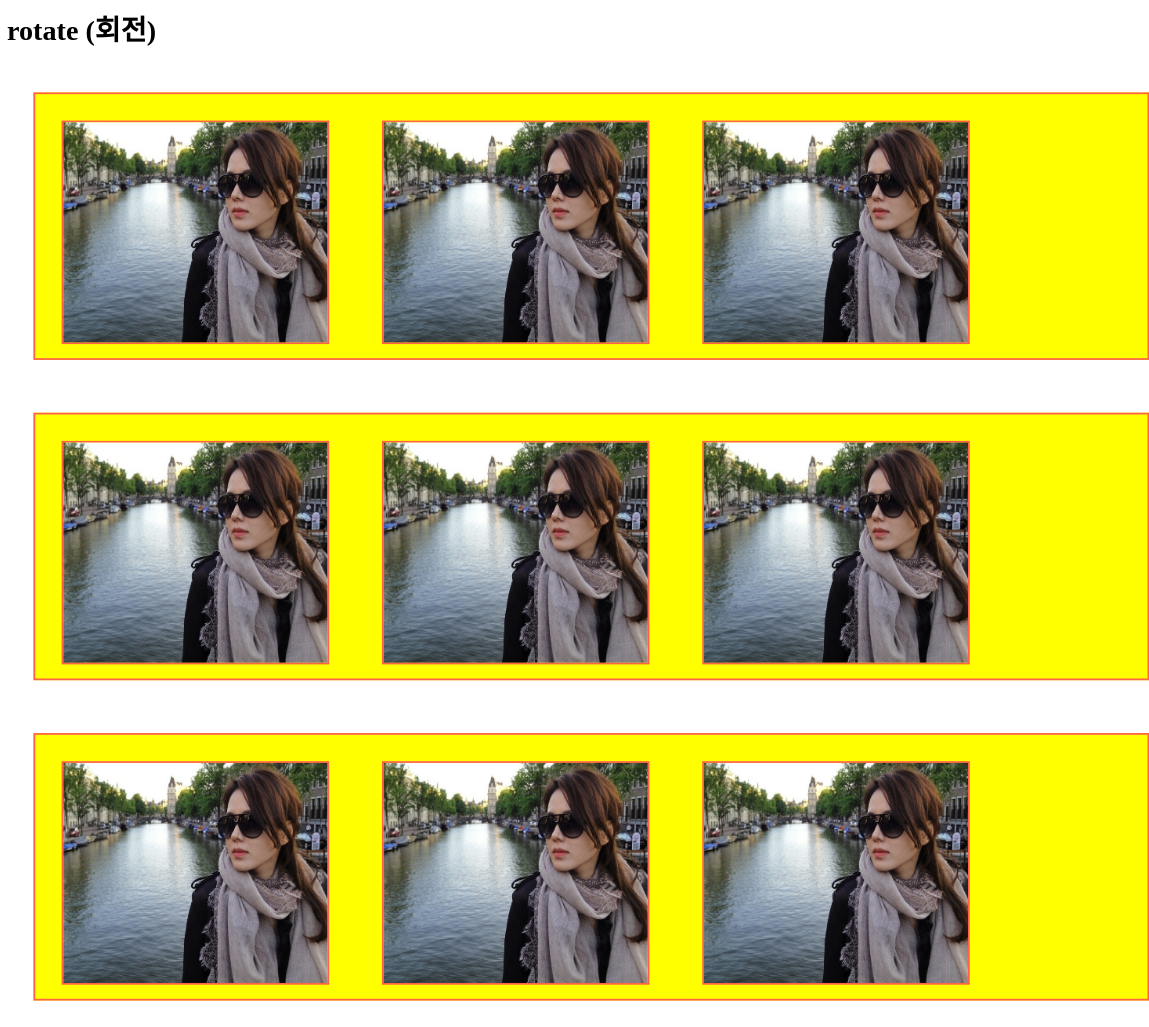
Repository: hojohe/bit-java
Page: 07_css/WebContent/14_transform/03_rotate.htm
These files come from the project's save history. The page is drawn as it stood at one moment and after a run of saves; the edit follows.
The browser window is 1280 px wide. The page is 1306 px wide, so the pictures cover 1306 px, including what lies to the right of the window. The pictures show the whole page, at 88% of full size.

Above is the page before, as saved 2017-01-25 01:44:11.

After the next 2 saves:
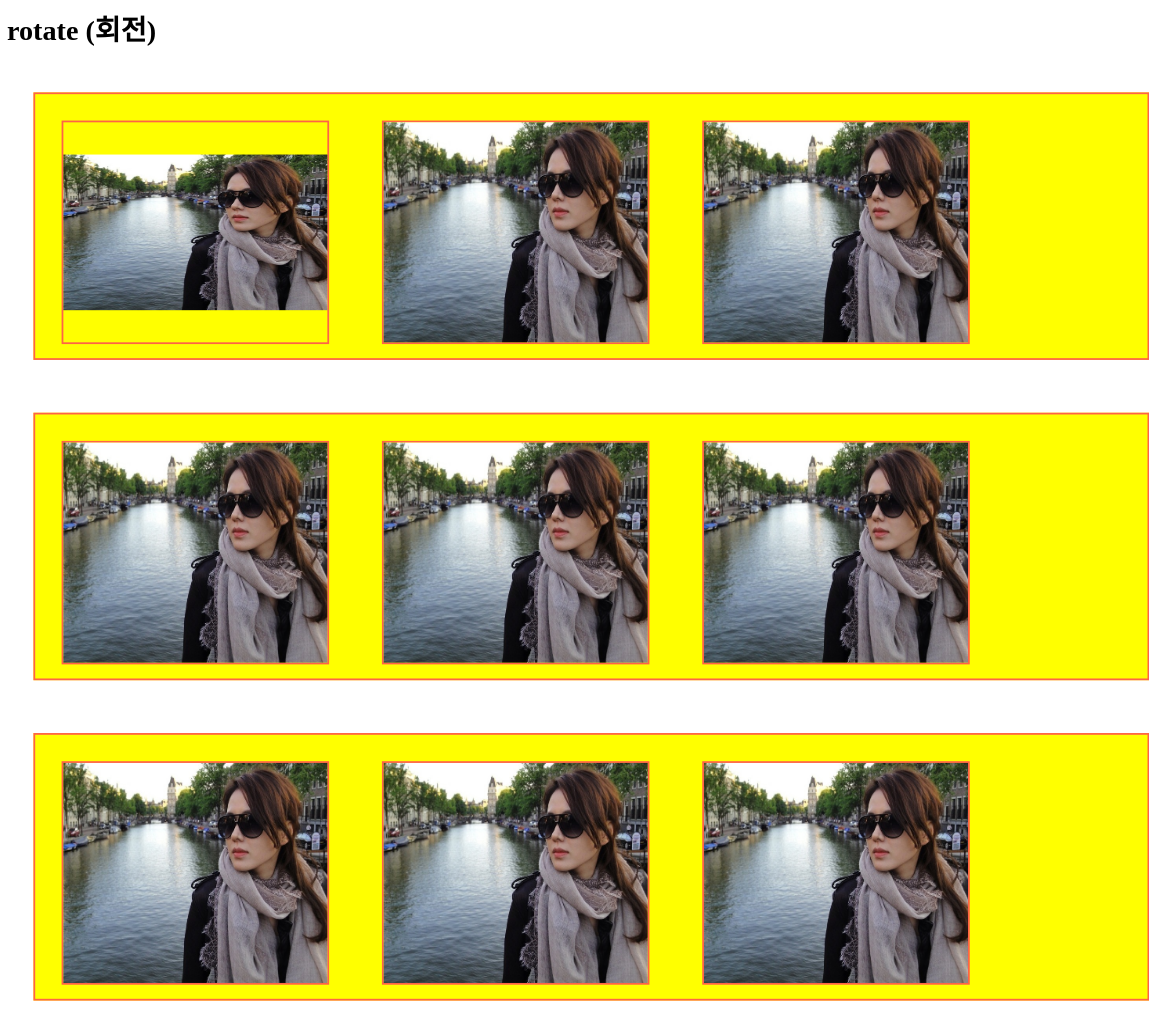
The 2 saves are shown as one change because they came seconds apart.
The last was saved 24 s later.
--- a/07_css/WebContent/14_transform/03_rotate.htm
+++ b/07_css/WebContent/14_transform/03_rotate.htm
@@ -21,9 +21,7 @@
 		height: 300px;
 	}
 
-	#x > img {
-
-	}
+	#x > img { transform: rotateX(45deg); }
 </style>
 </head>
 <body>
